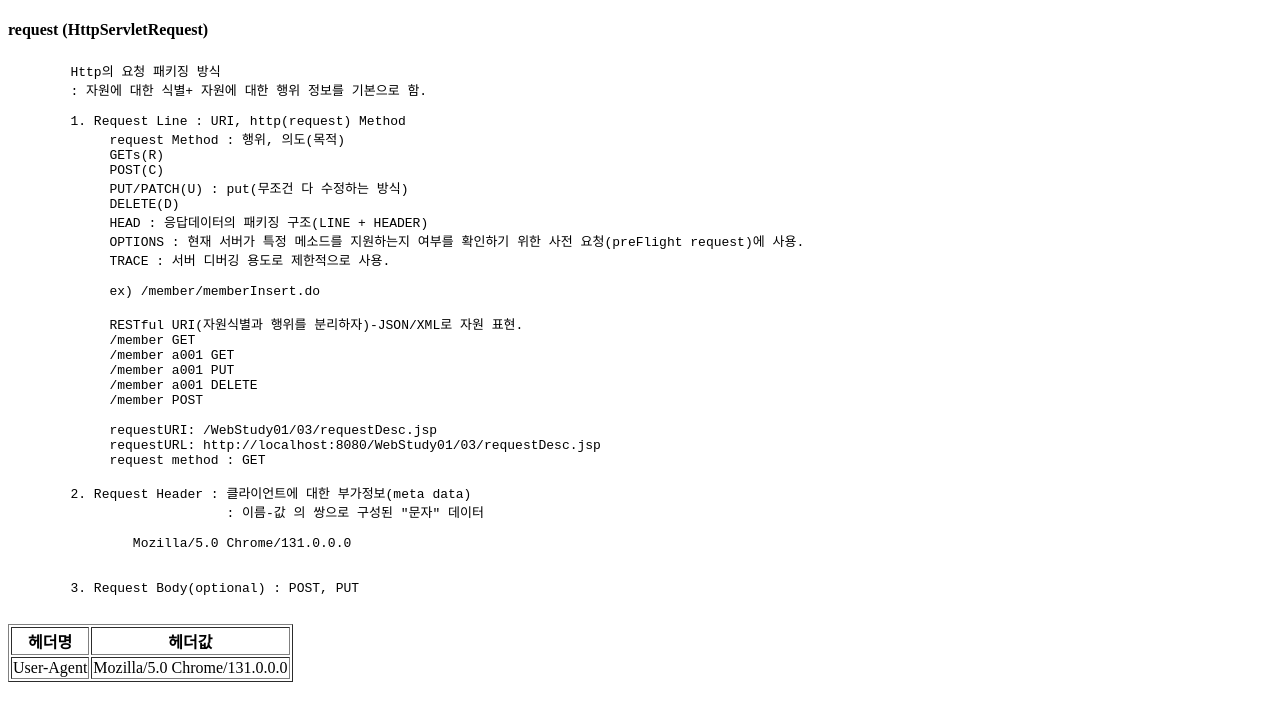
Repository: YOUNARAE/JSP
Page: http://localhost/WebStudy01/03/requestDesc.jsp
The author's editor kept a copy of each file at every save. The page is drawn from the files as they stood at one save, then again after the next save.
The browser window is 1280 px wide. The pictures show the whole page.
The page is served by Tomcat 9. Other server files are loaded and not shown.

Above is the page before, as saved 2022-12-07 06:55:28.

### WebStudy01/src/main/webapp/03/requestDesc.jsp
<%@ page language="java" contentType="text/html; charset=UTF-8"
    pageEncoding="UTF-8"%>
<!DOCTYPE html>
<html>
<head>
<meta charset="UTF-8">
<title>>03/requestDesc.jsp</title>
</head>
<body>
<h4>request (HttpServletRequest)</h4>
<form method="post"></form>
<pre>
	Http의 요청 패키징 방식
	: 자원에 대한 식별+ 자원에 대한 행위 정보를 기본으로 함.

	1. Request Line : URI, http(request) Method
	     request Method : 행위, 의도(목적)
	     GETs(R)
	     POST(C)
	     PUT/PATCH(U) : put(무조건 다 수정하는 방식)
	     DELETE(D)
	     HEAD : 응답데이터의 패키징 구조(LINE + HEADER)
	     OPTIONS : 현재 서버가 특정 메소드를 지원하는지 여부를 확인하기 위한 사전 요청(preFlight request)에 사용.
	     TRACE : 서버 디버깅 용도로 제한적으로 사용.

	     ex) /member/memberInsert.do

	     RESTful URI(자원식별과 행위를 분리하자)-JSON/XML로 자원 표현.
	     /member GET
	     /member a001 GET
	     /member a001 PUT
	     /member a001 DELETE
	     /member POST
	     <%
	     	String requestURI = request.getRequestURI();
	     	StringBuffer requestURL = request.getRequestURL();
	     	String method = request.getMethod();

	     %>
	     requestURI: <%=requestURI %>
	     requestURL: <%=requestURL %>
	     request method : <%=method %>

	2. Request Header : 클라이언트에 대한 부가정보(meta data)
	                    : 이름-값 의 쌍으로 구성된 "문자" 데이터

		<%
		   String userAgent = request.getHeader("user-Agent");
		   out.println(userAgent);
		   request.getHeaderNames();
		%>

	3. Request Body(optional) : POST, PUT

</pre>
<table border="1">
	<thead>
		<th>헤더명</th>
		<th>헤더값</th>
	</thead>
	<tbody>
		<tr>
			<td>User-Agent</td>
			<td><%=userAgent %></td>
		</tr>
	</tbody>
</table>
</body>
</html>

After the next save:
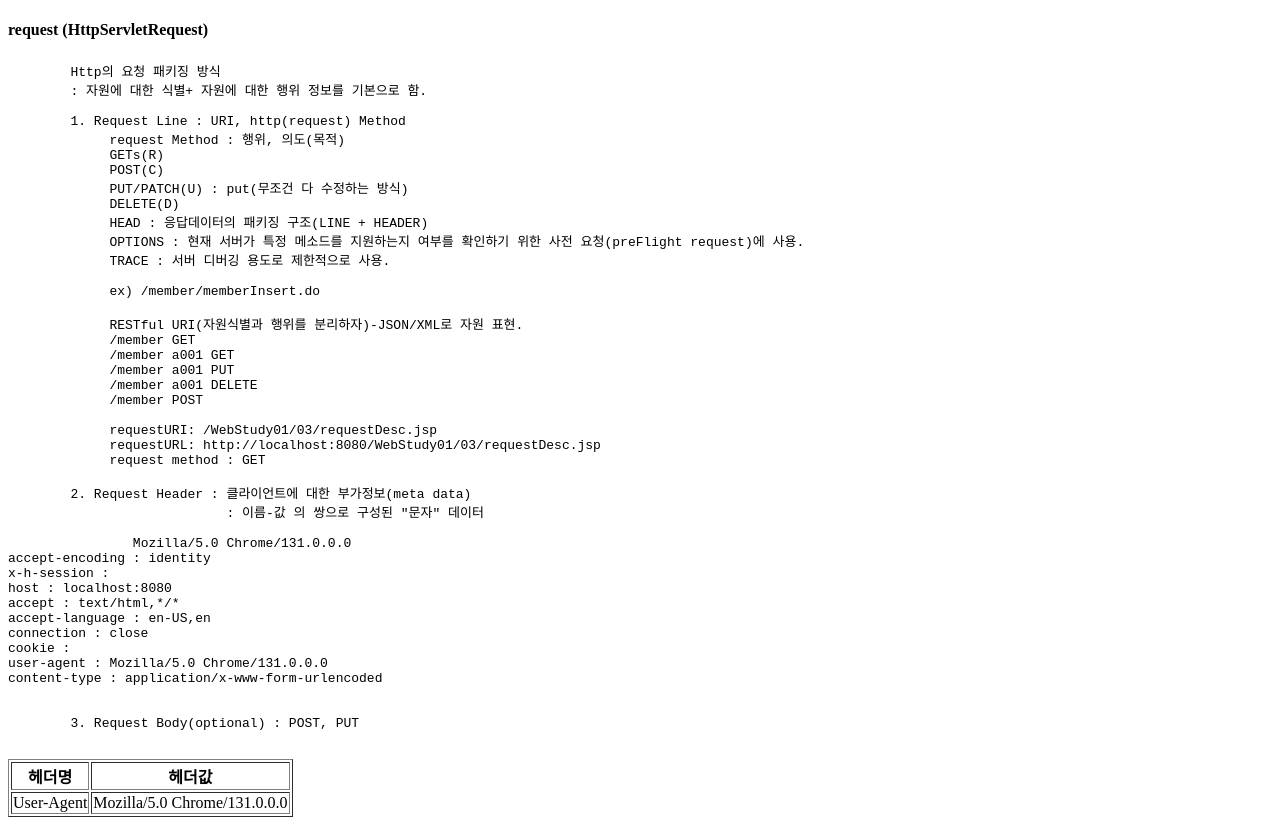
Saved 56 s later.
--- a/WebStudy01/src/main/webapp/03/requestDesc.jsp
+++ b/WebStudy01/src/main/webapp/03/requestDesc.jsp
@@ -1,3 +1,4 @@
+<%@page import="java.util.Enumeration"%>
 <%@ page language="java" contentType="text/html; charset=UTF-8"
     pageEncoding="UTF-8"%>
 <!DOCTYPE html>
@@ -47,7 +48,14 @@
 		<%
 		   String userAgent = request.getHeader("user-Agent");
 		   out.println(userAgent);
-		   request.getHeaderNames();
+		   Enumeration<String> em = request.getHeaderNames();
+
+			while(em.hasMoreElements()){
+				String name = em.nextElement() ;
+				String val = request.getHeader(name) ;
+				out.println(name + " : " + val) ;
+			}
+
 		%>
 
 	3. Request Body(optional) : POST, PUT
